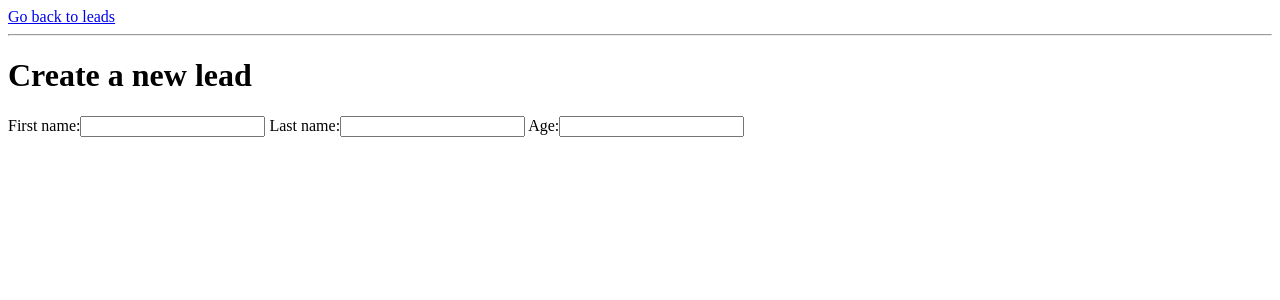
Repository: guidogr95/Django-CRM
Page: http://localhost/leads/create/
These files come from the project's save history. The page is drawn as it stood at one moment and after the next save; the edit follows.
The browser window is 1280 px wide. The pictures show the whole page.
The page is served by the project's application, run on Django 3.2 (manage.py).

Above is the page before, as saved 2021-06-27 13:21:29.

After the next save:
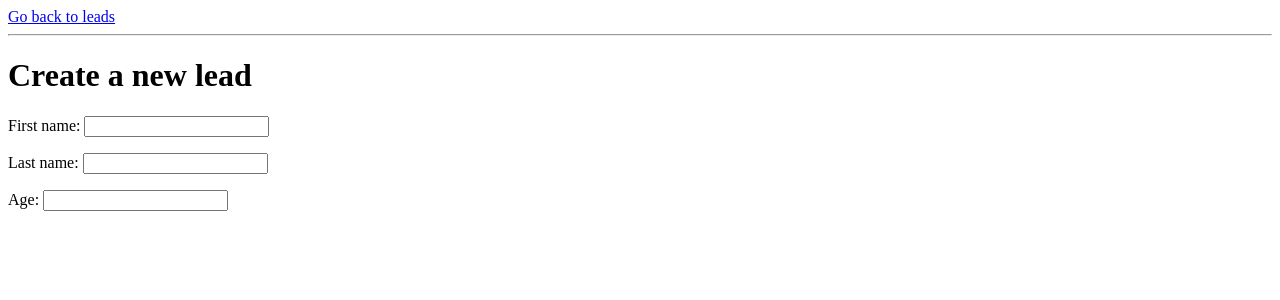
Saved 2 min 5 s later.
--- a/leads/templates/leads/lead_create.html
+++ b/leads/templates/leads/lead_create.html
@@ -11,6 +11,6 @@
     <a href="/leads">Go back to leads</a>
     <hr/>
     <h1>Create a new lead</h1>
-    {{ form }}
+    {{ form.as_p }}
   </body>
 </html>
